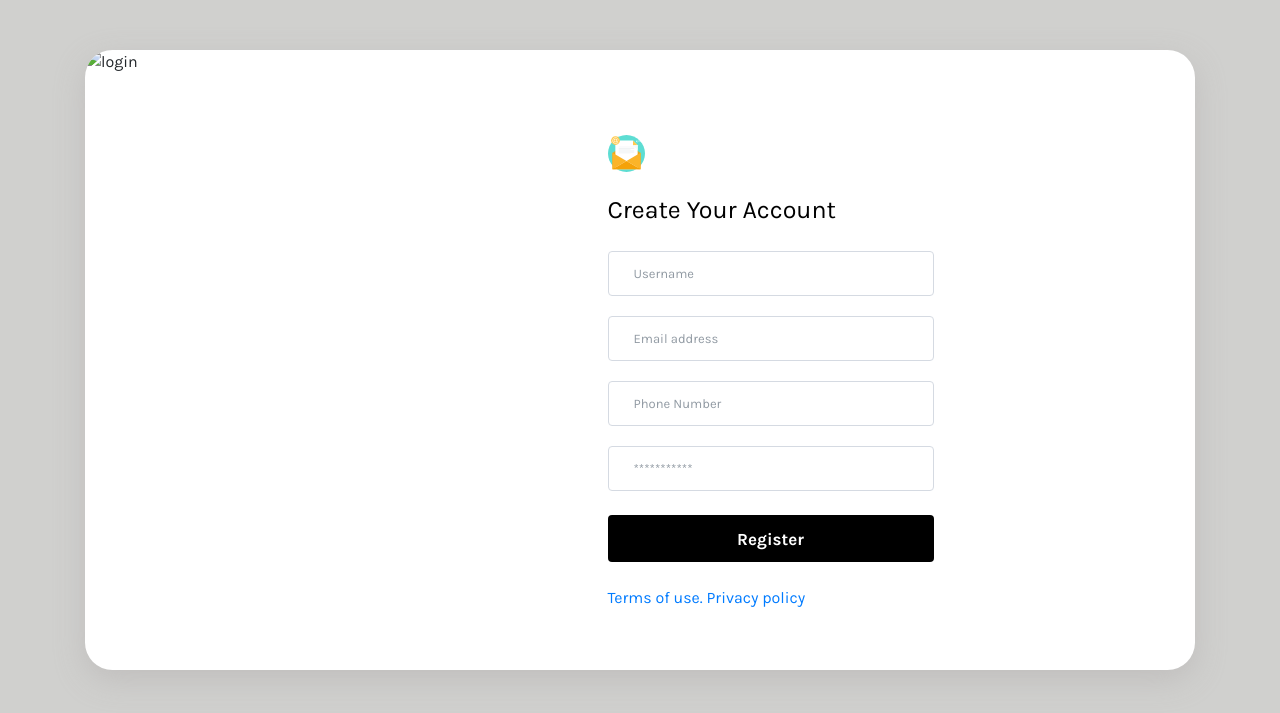
Repository: sara55m/Login
Page: http://localhost/register
These files come from the project's save history. The page is drawn as it stood at one moment and after the next save; the edit follows.
The browser window is 1280 px wide. The pictures show the whole page.
Some web libraries are served in a nearby version. The page is served by the project's Laravel application, run on PHP 8.4 with Laravel 10. Other server files are loaded and not shown.

Above is the page before, as saved 2024-03-01 17:43:51.

### routes/web.php
<?php

use Illuminate\Support\Facades\Route;
use App\Http\Controllers\RegisterController;

/*
|--------------------------------------------------------------------------
| Web Routes
|--------------------------------------------------------------------------
|
| Here is where you can register web routes for your application. These
| routes are loaded by the RouteServiceProvider and all of them will
| be assigned to the "web" middleware group. Make something great!
|
*/

Route::get('/', function () {
    return view('welcome');
});


Route::get('/register', [RegisterController::class,'create']);


Route::get('/register/store', [RegisterController::class,'store']);

### app/Http/Controllers/RegisterController.php
<?php

namespace App\Http\Controllers;

use Illuminate\Http\Request;

class RegisterController extends Controller
{
    public function create(){
        return view('register');
    }
    public function store(Request $request){
        $input=$request->all();
        return $input;
    }
}

### resources/views/register.blade.php
<!DOCTYPE html>
<html lang="en">
<head>
  <meta charset="UTF-8">
  <meta name="viewport" content="width=device-width, initial-scale=1.0">
  <meta http-equiv="X-UA-Compatible" content="ie=edge">
  <title>Register Template</title>
  <link href="https://fonts.googleapis.com/css?family=Karla:400,700&display=swap" rel="stylesheet">
  <link rel="stylesheet" href="https://cdn.materialdesignicons.com/4.8.95/css/materialdesignicons.min.css">
  <link rel="stylesheet" href="https://stackpath.bootstrapcdn.com/bootstrap/4.4.1/css/bootstrap.min.css">
  <link rel="stylesheet" href="assets/css/login.css">
</head>
<body>
  <main class="d-flex align-items-center min-vh-100 py-3 py-md-0">
    <div class="container">
      <div class="card login-card">
        <div class="row no-gutters">
          <div class="col-md-5">
            <img src="assets/images/login.jpg" alt="login" class="login-card-img">
          </div>
          <div class="col-md-7">
            <div class="card-body">
              <div class="brand-wrapper">
                <img src="assets/images/email.svg" alt="logo" class="logo">
              </div>
              <p class="login-card-description">Create Your Account</p>
              <form action="#!">
                <div class="form-group">
                    <label for="username" class="sr-only">Username</label>
                    <input type="text" name="username" id="username" class="form-control" placeholder="Username">
                  </div>
                  <div class="form-group">
                    <label for="email" class="sr-only">Email</label>
                    <input type="email" name="email" id="email" class="form-control" placeholder="Email address">
                  </div>

                  <div class="form-group">
                    <label for="phone" class="sr-only">Phone</label>
                    <input type="text" name="phone" id="phone" class="form-control" placeholder="Phone Number">
                  </div>
                  <div class="form-group mb-4">
                    <label for="password" class="sr-only">Password</label>
                    <input type="password" name="password" id="password" class="form-control" placeholder="***********">
                  </div>
                  <input name="register" id="register" class="btn btn-block login-btn mb-4" type="button" value="Register">
                </form>

                  <a href="#!">Terms of use.</a>
                  <a href="#!">Privacy policy</a>
                </nav>
            </div>
          </div>
        </div>
      </div>
      <!-- <div class="card login-card">
        <img src="assets/images/login.jpg" alt="login" class="login-card-img">
        <div class="card-body">
          <h2 class="login-card-title">Login</h2>
          <p class="login-card-description">Sign in to your account to continue.</p>
          <form action="#!">
            <div class="form-group">
              <label for="email" class="sr-only">Email</label>
              <input type="email" name="email" id="email" class="form-control" placeholder="Email">
            </div>
            <div class="form-group">
              <label for="password" class="sr-only">Password</label>
              <input type="password" name="password" id="password" class="form-control" placeholder="Password">
            </div>
            <div class="form-prompt-wrapper">
              <div class="custom-control custom-checkbox login-card-check-box">
                <input type="checkbox" class="custom-control-input" id="customCheck1">
                <label class="custom-control-label" for="customCheck1">Remember me</label>
              </div>
              <a href="#!" class="text-reset">Forgot password?</a>
            </div>
            <input name="login" id="login" class="btn btn-block login-btn mb-4" type="button" value="Login">
          </form>
          <p class="login-card-footer-text">Don't have an account? <a href="#!" class="text-reset">Register here</a></p>
        </div>
      </div> -->
    </div>
  </main>
  <script src="https://code.jquery.com/jquery-3.4.1.min.js"></script>
  <script src="https://cdn.jsdelivr.net/npm/popper.js@1.16.0/dist/umd/popper.min.js"></script>
  <script src="https://stackpath.bootstrapcdn.com/bootstrap/4.4.1/js/bootstrap.min.js"></script>
</body>
</html>

### public/assets/css/login.css
body {
  font-family: "Karla", sans-serif;
  background-color: #d0d0ce;
  min-height: 100vh; }

.brand-wrapper {
  margin-bottom: 19px; }
  .brand-wrapper .logo {
    height: 37px; }

.login-card {
  border: 0;
  border-radius: 27.5px;
  box-shadow: 0 10px 30px 0 rgba(172, 168, 168, 0.43);
  overflow: hidden; }
  .login-card-img {
    border-radius: 0;
    position: absolute;
    width: 100%;
    height: 100%;
    -o-object-fit: cover;
       object-fit: cover; }
  .login-card .card-body {
    padding: 85px 60px 60px; }
    @media (max-width: 422px) {
      .login-card .card-body {
        padding: 35px 24px; } }
  .login-card-description {
    font-size: 25px;
    color: #000;
    font-weight: normal;
    margin-bottom: 23px; }
  .login-card form {
    max-width: 326px; }
  .login-card .form-control {
    border: 1px solid #d5dae2;
    padding: 15px 25px;
    margin-bottom: 20px;
    min-height: 45px;
    font-size: 13px;
    line-height: 15;
    font-weight: normal; }
    .login-card .form-control::-webkit-input-placeholder {
      color: #919aa3; }
    .login-card .form-control::-moz-placeholder {
      color: #919aa3; }
    .login-card .form-control:-ms-input-placeholder {
      color: #919aa3; }
    .login-card .form-control::-ms-input-placeholder {
      color: #919aa3; }
    .login-card .form-control::placeholder {
      color: #919aa3; }
  .login-card .login-btn {
    padding: 13px 20px 12px;
    background-color: #000;
    border-radius: 4px;
    font-size: 17px;
    font-weight: bold;
    line-height: 20px;
    color: #fff;
    margin-bottom: 24px; }
    .login-card .login-btn:hover {
      border: 1px solid #000;
      background-color: transparent;
      color: #000; }
  .login-card .forgot-password-link {
    font-size: 14px;
    color: #919aa3;
    margin-bottom: 12px; }
  .login-card-footer-text {
    font-size: 16px;
    color: #0d2366;
    margin-bottom: 60px; }
    @media (max-width: 767px) {
      .login-card-footer-text {
        margin-bottom: 24px; } }
  .login-card-footer-nav a {
    font-size: 14px;
    color: #919aa3; }

/*# sourceMappingURL=login.css.map */

### public/assets/images/email.svg
<?xml version="1.0" encoding="iso-8859-1"?>
<!-- Generator: Adobe Illustrator 19.0.0, SVG Export Plug-In . SVG Version: 6.00 Build 0)  -->
<svg version="1.1" id="Layer_1" xmlns="http://www.w3.org/2000/svg" xmlns:xlink="http://www.w3.org/1999/xlink" x="0px" y="0px"
	 viewBox="0 0 512 512" style="enable-background:new 0 0 512 512;" xml:space="preserve">
<path style="fill:#5DDDD3;" d="M255.999,0C397.385,0,512,114.613,512,256.001C512,397.385,397.385,512,255.999,512
	S0,397.385,0,256.001C0,114.613,114.615,0,255.999,0z"/>
<g>
	<path style="fill:#F5A209;" d="M450.359,244.56H61.643l194.358-114.723L450.359,244.56z"/>
	<path style="fill:#F5A209;" d="M61.641,244.56h388.716v229.45H61.641V244.56z"/>
</g>
<path style="fill:#FFFFFF;" d="M101.578,77.635h244.43l64.413,64.413v331.965H101.578V77.637V77.635z"/>
<path style="fill:#ECF0F1;" d="M148.146,162.641h215.701v4.864H148.146V162.641z M148.146,215.039L148.146,215.039h215.701v4.868
	H148.146V215.039z M148.146,224.064L148.146,224.064h215.701v4.866H148.146V224.064z M148.146,233.088L148.146,233.088h215.701
	v4.864H148.146V233.088z M148.146,242.113L148.146,242.113h215.712v4.864H148.146V242.113z M148.146,171.665L148.146,171.665
	h215.701v4.866H148.146V171.665z M148.146,180.69L148.146,180.69h215.701v4.866H148.146V180.69z M148.146,189.714L148.146,189.714
	h215.712v4.864H148.146V189.714z M148.144,198.739L148.144,198.739h165.225v4.864H148.144V198.739z M148.144,251.139
	L148.144,251.139h165.225v4.866H148.144V251.139z"/>
<path style="fill:#FFCA4F;" d="M346.01,77.635v64.413h64.413L346.01,77.635z"/>
<path style="fill:#B3B3B3;" d="M218.214,426.22h73.188v7.15h-73.188V426.22z"/>
<g>
	<path style="fill:#FBB429;" d="M61.641,244.56l194.358,114.723L61.641,474.01V244.56z"/>
	<path style="fill:#FBB429;" d="M450.359,244.56L256.001,359.283L450.359,474.01V244.56z"/>
</g>
<path style="fill:#F5A209;" d="M255.999,359.283L61.641,474.01h388.716L255.999,359.283z"/>
<path style="fill:#F7FAFA;" d="M410.42,206.456v-64.41h-64.41L410.42,206.456z"/>
<path style="fill:#FFCA4F;" d="M103.842,16.605c33.759,0,61.127,27.367,61.127,61.127s-27.369,61.127-61.127,61.127
	c-33.761,0-61.127-27.369-61.127-61.127C42.715,43.971,70.083,16.605,103.842,16.605z"/>
<g>
	<path style="fill:#FFFFFF;" d="M108.481,93.852c-1.905,2.207-4.039,3.98-6.412,5.318c-2.359,1.336-4.732,1.998-7.106,1.998
		c-2.615,0-5.153-0.765-7.631-2.282c-2.463-1.532-4.46-3.876-6.008-7.047c-1.548-3.168-2.313-6.654-2.313-10.44
		c0-4.67,1.202-9.342,3.59-14.029c2.388-4.67,5.36-8.184,8.908-10.544c3.545-2.344,7-3.515,10.334-3.515
		c2.553,0,4.987,0.659,7.313,1.998c2.315,1.338,4.313,3.38,5.98,6.099l1.548-6.835h7.84l-6.339,29.56
		c-0.889,4.116-1.323,6.383-1.323,6.817c0,0.798,0.3,1.488,0.902,2.059c0.602,0.571,1.336,0.855,2.176,0.855
		c1.561,0,3.605-0.886,6.129-2.674c3.349-2.344,6.008-5.483,7.962-9.432c1.951-3.936,2.926-7.99,2.926-12.182
		c0-4.897-1.261-9.463-3.768-13.699c-2.509-4.249-6.264-7.644-11.251-10.2c-4.97-2.538-10.484-3.814-16.508-3.814
		c-6.879,0-13.172,1.607-18.852,4.807c-5.693,3.215-10.109,7.812-13.231,13.805c-3.142,5.995-4.703,12.42-4.703,19.286
		c0,7.181,1.561,13.355,4.688,18.536c3.138,5.197,7.66,9.027,13.577,11.505c5.918,2.476,12.466,3.709,19.663,3.709
		c7.706,0,14.149-1.29,19.345-3.889c5.197-2.582,9.086-5.739,11.672-9.448h7.929c-1.501,3.08-4.07,6.233-7.704,9.432
		c-3.636,3.199-7.962,5.739-12.978,7.6c-5.018,1.863-11.071,2.794-18.131,2.794c-6.52,0-12.528-0.842-18.025-2.509
		c-5.512-1.667-10.197-4.176-14.074-7.523c-3.876-3.365-6.791-7.228-8.758-11.582c-2.463-5.541-3.695-11.52-3.695-17.934
		c0-7.135,1.473-13.952,4.403-20.426c3.587-7.931,8.681-14.014,15.275-18.236c6.595-4.22,14.585-6.324,23.989-6.324
		c7.285,0,13.833,1.486,19.632,4.46c5.799,2.974,10.38,7.404,13.714,13.293c2.855,5.062,4.282,10.577,4.282,16.523
		c0,8.502-2.99,16.043-8.967,22.635c-5.349,5.92-11.176,8.879-17.513,8.879c-2.031,0-3.651-0.317-4.897-0.933
		c-1.248-0.615-2.161-1.502-2.749-2.659C108.933,96.93,108.664,95.653,108.481,93.852z M87.123,81.954L87.123,81.954
		c0,4.026,0.961,7.148,2.871,9.373c1.905,2.238,4.086,3.349,6.562,3.349c1.638,0,3.365-0.498,5.197-1.473
		c1.817-0.992,3.561-2.447,5.214-4.385c1.665-1.938,3.018-4.401,4.07-7.375c1.065-2.974,1.592-5.962,1.592-8.965
		c0-3.982-0.992-7.091-2.974-9.285c-1.982-2.207-4.403-3.305-7.241-3.305c-1.876,0-3.651,0.481-5.318,1.427
		c-1.654,0.961-3.259,2.494-4.82,4.61c-1.548,2.103-2.809,4.67-3.742,7.706c-0.946,3.018-1.411,5.797-1.411,8.321V81.954z"/>
	<path style="fill:#FFFFFF;" d="M473.318,59.119l18.644,16.812l1.707,1.539l-1.707,1.537l-18.644,16.812l-2.767-3.074l14.638-13.203
		h-68.45v-4.145h68.45l-14.638-13.203l2.767-3.074V59.119z"/>
	<path style="fill:#FFFFFF;" d="M405.645,70.798l-18.642,16.814l-1.707,1.537l1.707,1.539l18.642,16.814l2.767-3.076l-14.638-13.203
		h68.45v-4.143h-68.45l14.638-13.205l-2.767-3.076V70.798z"/>
</g>
<g>
</g>
<g>
</g>
<g>
</g>
<g>
</g>
<g>
</g>
<g>
</g>
<g>
</g>
<g>
</g>
<g>
</g>
<g>
</g>
<g>
</g>
<g>
</g>
<g>
</g>
<g>
</g>
<g>
</g>
</svg>

Loaded but not shown: app/Http/Controllers/Controller.php (common file)

After the next save:
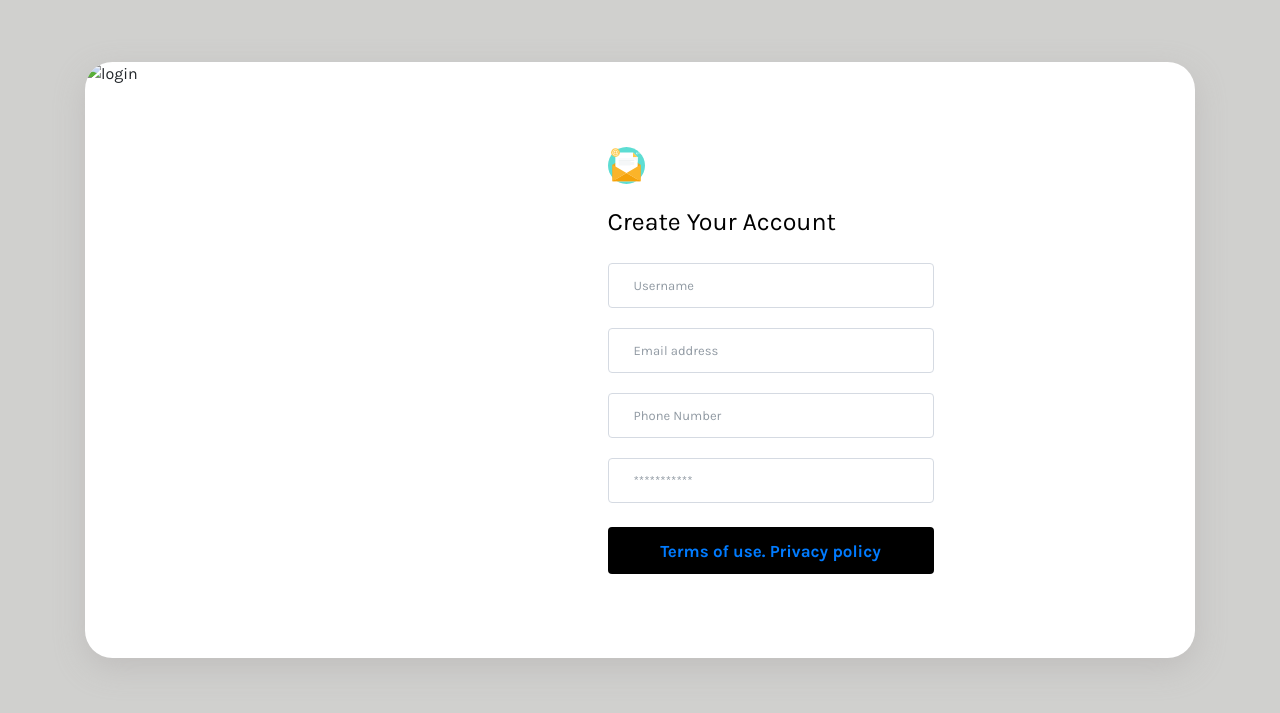
Saved 5 min 26 s later.
--- a/resources/views/register.blade.php
+++ b/resources/views/register.blade.php
@@ -24,7 +24,7 @@
                 <img src="assets/images/email.svg" alt="logo" class="logo">
               </div>
               <p class="login-card-description">Create Your Account</p>
-              <form action="#!">
+              <form action="/register/store">
                 <div class="form-group">
                     <label for="username" class="sr-only">Username</label>
                     <input type="text" name="username" id="username" class="form-control" placeholder="Username">
@@ -42,7 +42,7 @@
                     <label for="password" class="sr-only">Password</label>
                     <input type="password" name="password" id="password" class="form-control" placeholder="***********">
                   </div>
-                  <input name="register" id="register" class="btn btn-block login-btn mb-4" type="button" value="Register">
+                  <button name="register" id="register" class="btn btn-block login-btn mb-4" type="submit" value="Register">
                 </form>
 
                   <a href="#!">Terms of use.</a>

After the save that followed:
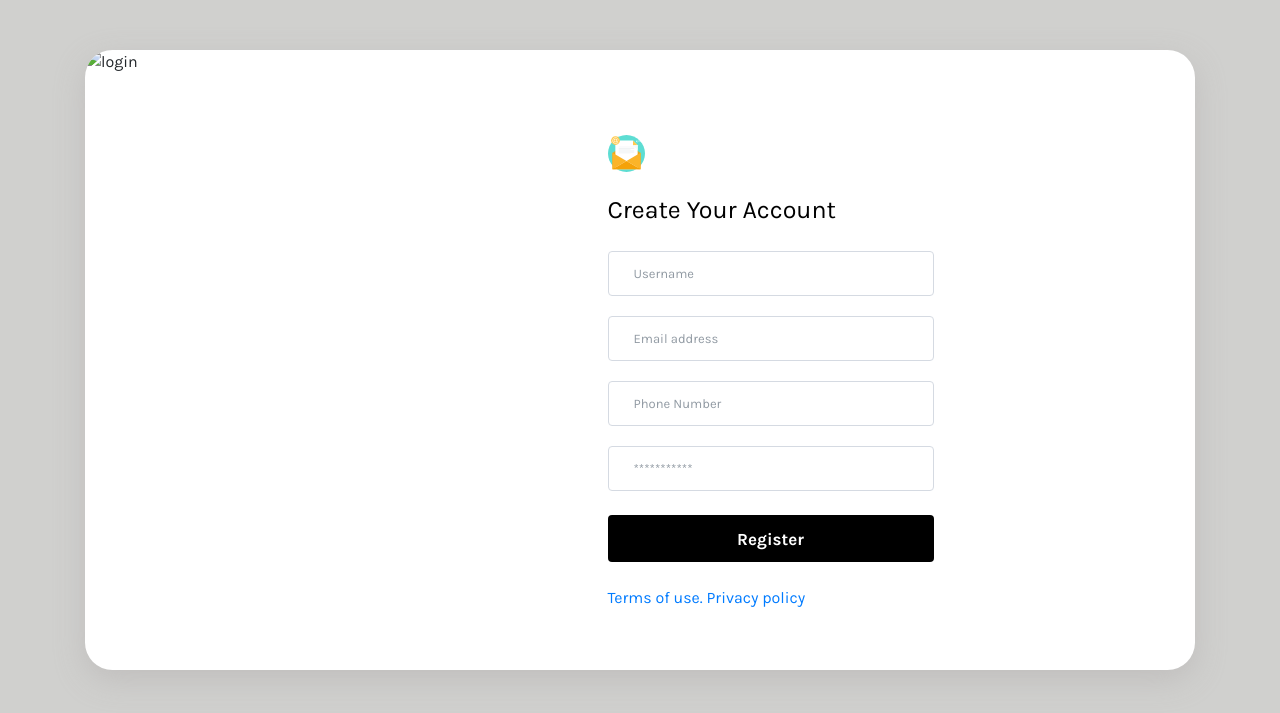
Saved 63 s later.
--- a/resources/views/register.blade.php
+++ b/resources/views/register.blade.php
@@ -42,7 +42,7 @@
                     <label for="password" class="sr-only">Password</label>
                     <input type="password" name="password" id="password" class="form-control" placeholder="***********">
                   </div>
-                  <button name="register" id="register" class="btn btn-block login-btn mb-4" type="submit" value="Register">
+                  <input name="register" id="register" class="btn btn-block login-btn mb-4" type="button" value="Register">
                 </form>
 
                   <a href="#!">Terms of use.</a>
